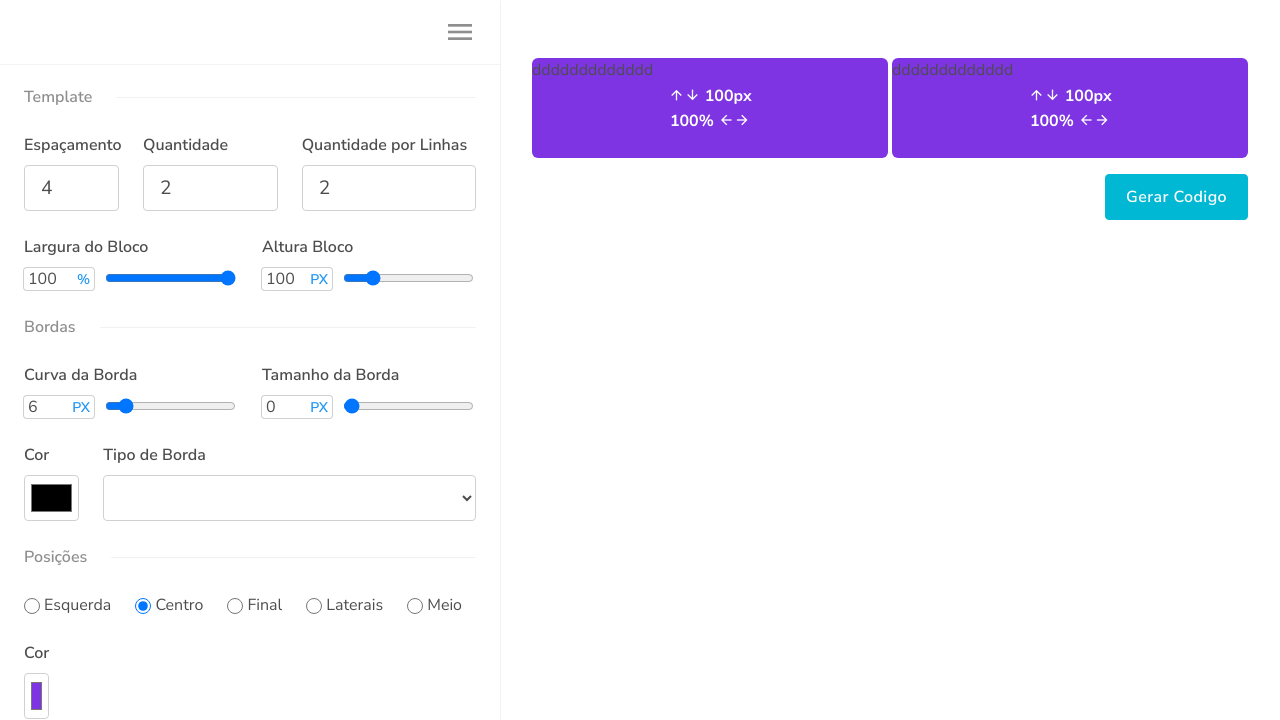
Repository: Flintdl/lowcode-elements
Page: /
These files come from the project's save history. The page is drawn as it stood at one moment and after the next save; the edit follows.
The browser window is 1280 px wide. The pictures show the whole page.
The project was rebuilt for these pictures with package versions that can differ from the ones it lists, and the page was loaded fresh each time. Also part of the build but not shown: vue.config.js.

Above is the page before, as saved 2022-04-05 17:23:05.

After the next save:
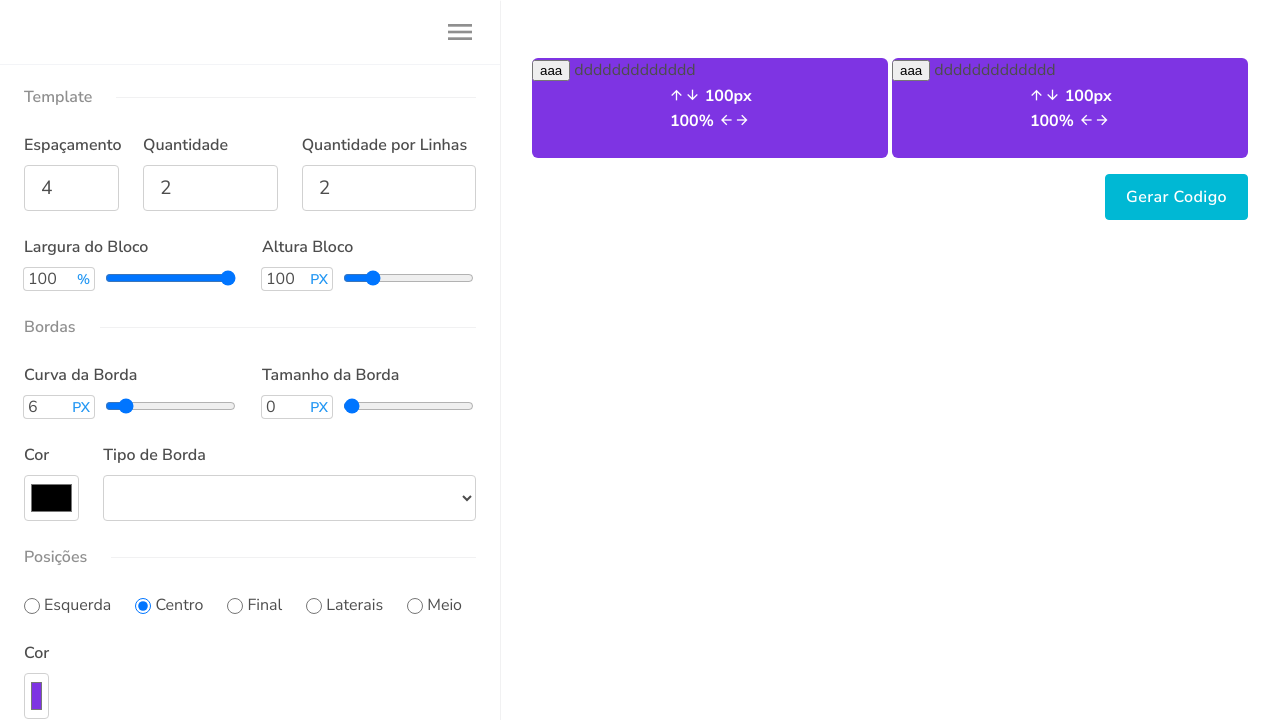
Saved 11 s later.
--- a/src/components/templates/DivGrid.vue
+++ b/src/components/templates/DivGrid.vue
@@ -4,6 +4,7 @@
     ref="infoBox"
     :style="cssDefinido"
   >
+    <button @click="screenWidth()">aaa</button>
     ddddddddddddd {{ arroz }}
     <span
       class="sf-position-absolute sf-centerAbsolute-xy sf-text-white sf-font-weight-extra-bold sf-text-center"
